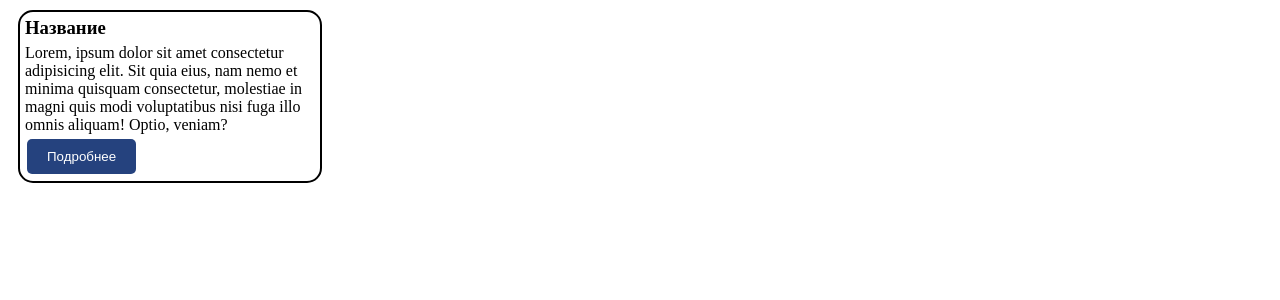
Repository: MaratLK/PLKFrontend
Page: Templates/NewsForIndex.html
The author's editor kept a copy of each file at every save. The page is drawn from the files as they stood at one save, then again after the next save.
The browser window is 1280 px wide. The pictures show the whole page.

Above is the page before, as saved 2024-08-25 06:26:17.

After the next save:
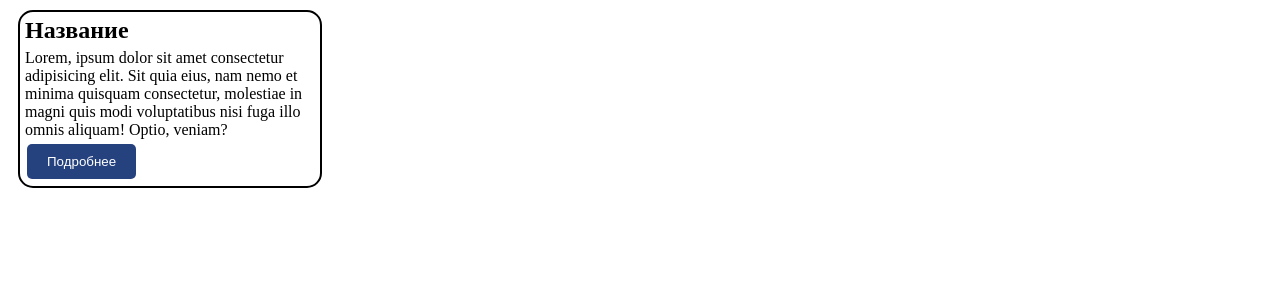
Saved 47 s later.
--- a/Templates/NewsForIndex.html
+++ b/Templates/NewsForIndex.html
@@ -12,7 +12,7 @@
         border-radius: 15px;
         border: 2px solid black;
       }
-      .newsblk h3 {
+      .newsblk h2 {
         margin: 5px;
       }
       .newsblk p {
@@ -33,7 +33,7 @@
   <body>
     <section class="news">
       <div class="newsblk">
-        <h3>Название</h3>
+        <h2>Название</h2>
         <p>
           Lorem, ipsum dolor sit amet consectetur adipisicing elit. Sit quia
           eius, nam nemo et minima quisquam consectetur, molestiae in magni quis
